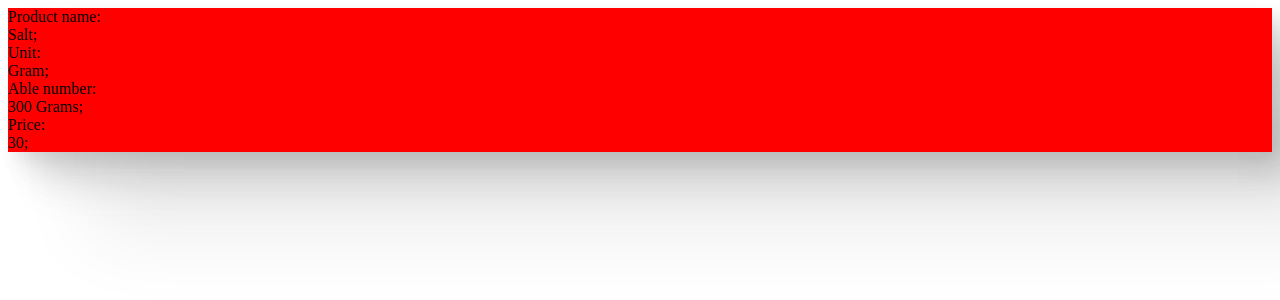
Repository: OlexandraKovach2/Vue
Page: / (app in vuexam/brila-exam/)
An editor plug-in stored every save of this project. The page is shown before and after the next save, followed by the edit.
The browser window is 1280 px wide. The pictures show the whole page.
The project was rebuilt for these pictures with package versions that can differ from the ones it lists, and the page was loaded fresh each time. Also part of the build but not shown: vuexam/brila-exam/vue.config.js.

Above is the page before, as saved 2022-11-08 21:44:18.

### vuexam/brila-exam/src/main.js
import { createApp } from 'vue'
import App from './App.vue'
import store from '@/store'

createApp(App).use(store).mount('#app')

### vuexam/brila-exam/src/App.vue
<template>
  <div>
    <ObjectTable :listData="list"/>
  </div>
</template>

<script>
  import { mapGetters } from 'vuex';
  import ObjectTable from "./components/ObjectTable";
  export default {
    name: "App",
    components: {
      ObjectTable,
    },
    computed: {
      ...mapGetters(['list']),
    },
  }
</script>

<style lang="scss" scoped>

</style>

### vuexam/brila-exam/src/store/index.js
import {createStore} from 'vuex'

const store = createStore({
    state: {
        list: [
            {
                id: 1,
                name: "Salt",
                unit: "Gram",
                count: "300",
                cost: 30
            }
        ]
    },
    getters: {
        list: state => {
            return state.list;
        }
    },
});

export default store;

### vuexam/brila-exam/src/components/ObjectTable/index.vue
<template>
    <div>
        <ObjectBase v-for="item in listData"
        :key="item.id"
        :id="item.id"
        :name="item.name"
        :unit="item.unit"
        :count="item.count"
        :cost="item.cost"
        />
    </div>
</template>

<script>
    import ObjectBase from "./ObjectBase.vue"
    export default {
        name: "ObjectTable",
        components: {
            ObjectBase,
        },
        props: {
            listData: {
                type: Array,
                default: () => []
            },
        },
    }
</script>

<style lang="scss" scoped>

</style>

### vuexam/brila-exam/src/components/ObjectTable/ObjectBase.vue
<template>
    <div class="ObjectCard">
        <div class="info-row">
            <div>Product name:</div>
            <div>{{name}};</div>
        </div>
        <div class="info-row">
            <div>Unit:</div>
            <div>{{unit}};</div>
        </div>
        <div class="info-row">
            <div>Able number:</div>
            <div>{{count}} {{unit}}s;</div>
        </div>
        <div class="info-row">
            <div>Price:</div>
            <div>{{cost}};</div>
        </div>
    </div>
</template>

<script>
    import { mapGetters } from 'vuex'
    export default {
        name: "ObjectBase",
        computed: {
        ...mapGetters(['list']),
        },
        props: {
            id: {
                type: Number,
                default: 0
            },
            name: {
                type: String,
                default: "None name"
            },
            unit: {
                type: String,
                default: "kilo"
            },
            count: {
                type: Number,
                default: 1
            },
            cost: {
                type: Number,
                default: 10
            }
        },
    }
</script>

<style lang="scss" scoped>
.ObjectCard{
    background-color: red;
    box-shadow:
  6.6px 6.7px 13.7px rgba(0, 0, 0, 0.04),
  12.9px 13.2px 25.3px rgba(0, 0, 0, 0.053),
  19.2px 19.6px 34.3px rgba(0, 0, 0, 0.057),
  25.9px 26.5px 40.9px rgba(0, 0, 0, 0.057),
  35.7px 36.6px 47.2px rgba(0, 0, 0, 0.057),
  82px 84px 80px rgba(0, 0, 0, 0.07)
;

}
</style>

Loaded but not shown: vuexam/brila-exam/public/index.html (common file)

After the next save:
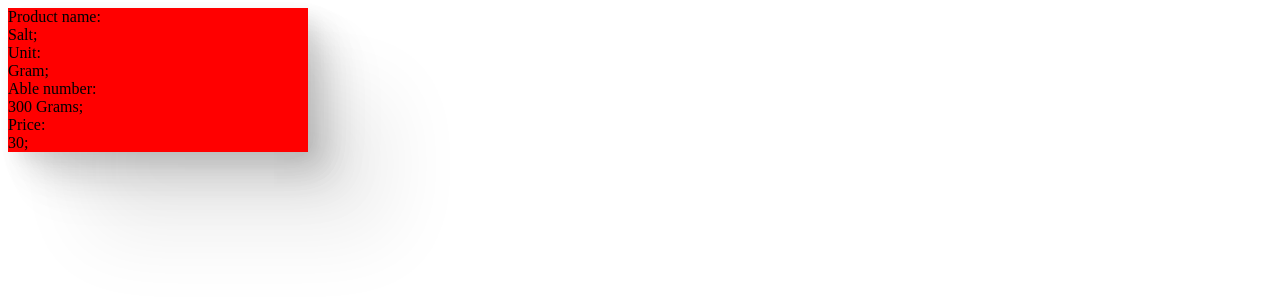
Saved 16 s later.
--- a/vuexam/brila-exam/src/components/ObjectTable/ObjectBase.vue
+++ b/vuexam/brila-exam/src/components/ObjectTable/ObjectBase.vue
@@ -54,6 +54,7 @@
 <style lang="scss" scoped>
 .ObjectCard{
     background-color: red;
+    width: 300px;
     box-shadow:
   6.6px 6.7px 13.7px rgba(0, 0, 0, 0.04),
   12.9px 13.2px 25.3px rgba(0, 0, 0, 0.053),
